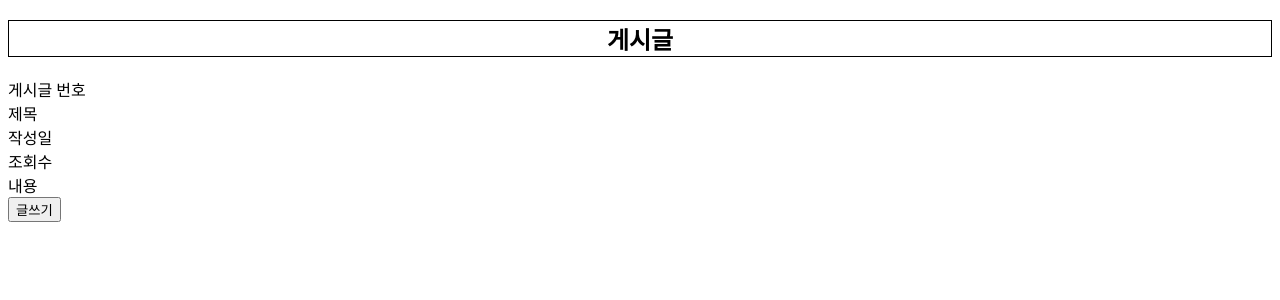
Repository: thdtjdgml415/exVoc
Page: /
The author's editor kept a copy of each file at every save. The page is drawn from the files as they stood at one save, then again after the next save.
The browser window is 1280 px wide. The pictures show the whole page.
The project was rebuilt for these pictures with package versions that can differ from the ones it lists, and the page was loaded fresh each time.

Above is the page before, as saved 2023-01-12 11:00:04.

After the next save:
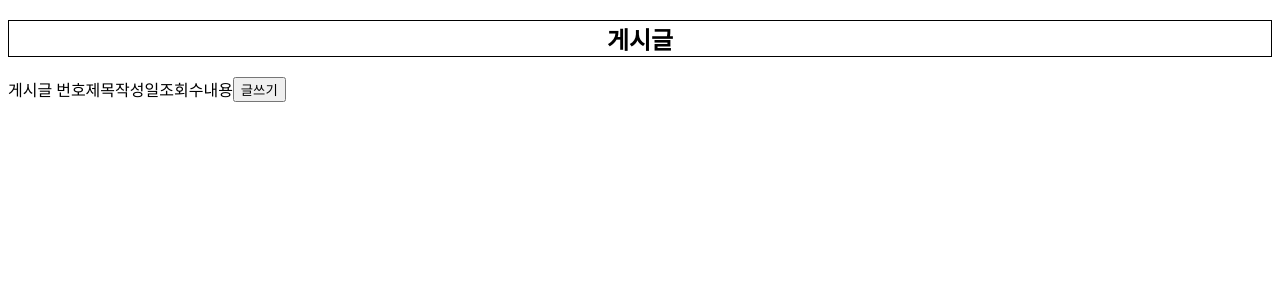
Saved 26 s later.
--- a/src/assets/notice.css
+++ b/src/assets/notice.css
@@ -1,3 +1,7 @@
 h2 {
     border: 1px solid #000;
 }
+
+.post-view-wrapper {
+    display: flex;
+}
